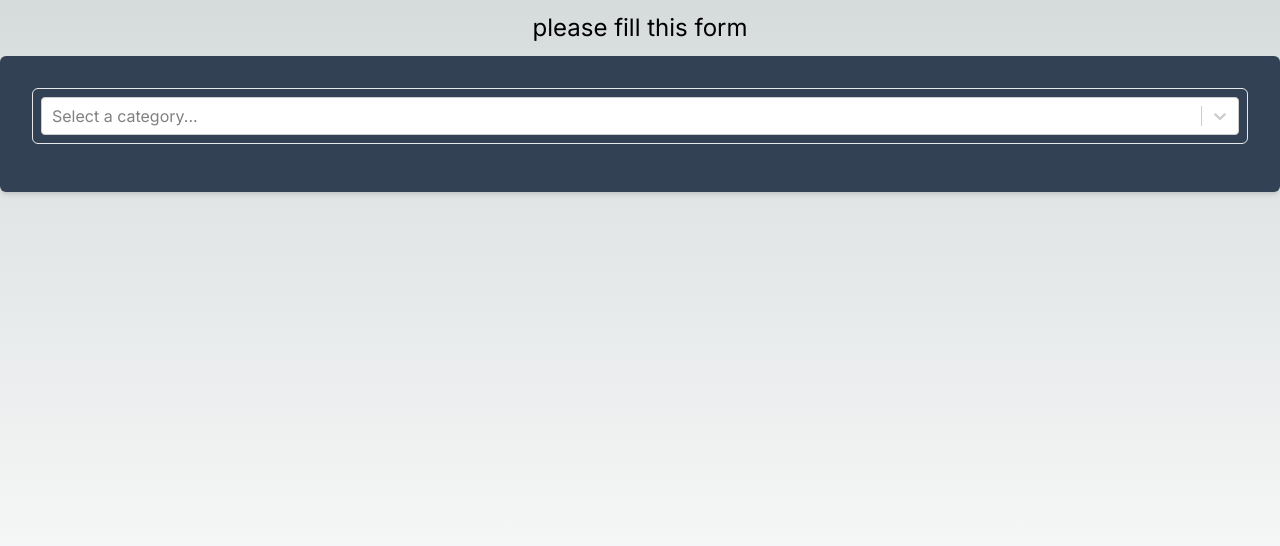
Repository: abdulrahmanmahmood/Mazaady-Portal-Frontend-Task-react-next--1
Page: /
The author's editor kept a copy of each file at every save. The page is drawn from the files as they stood at one save, then again after the next save.
The browser window is 1280 px wide. The pictures show the whole page.
The page's requests for data from a server got no answer. The project was rebuilt for these pictures with package versions that can differ from the ones it lists, and the page was loaded fresh each time. The framework's server and built-in components were replaced by stand-ins that run in the browser. No one was signed in, and anything a server would have sent is missing. Also part of the build but not shown: next.config.mjs.

Above is the page before, as saved 2024-01-29 18:51:46.

### app/page.js
"use client";
import Image from "next/image";
import Select from "react-select";
import { useEffect, useState } from "react";
import MCApis from "./_utils/MCApis";

export default function Home() {
  const [cats, setCats] = useState([]);
  const [selectedCat, setSelectedCat] = useState(null);
  const [selectedCatChildren, setSelectedCatChildren] = useState([]);
  const [selectedChild, setSelectedChild] = useState(null);
  const [selectedProperty, setSelectedProperty] = useState(null);
  const [otherValue, setOtherValue] = useState("");

  useEffect(() => {
    getAllCategories();
  }, []);

  const getAllCategories = () => {
    MCApis.getAllCats().then((res) => {
      setCats(res.data.data.categories);
      console.log(res.data.data.categories);
    });
  };

  const handleChange = (selectedOption) => {
    const selectedCatItem = cats.find((cat) => cat.id === selectedOption.value);

    setSelectedCat(selectedOption);
    setSelectedCatChildren(selectedCatItem?.children || []);
    setSelectedChild(null);
    setSelectedProperty(null);
    setOtherValue("");
  };

  const handleChildChange = (selectedChildOption) => {
    setSelectedChild(selectedChildOption);
    setSelectedProperty(null);
    setOtherValue("");
  };

  const handlePropertyChange = (selectedPropertyOption) => {
    setSelectedProperty(selectedPropertyOption);
    if (selectedPropertyOption?.value !== "other") {
      setOtherValue("");
    }
  };

  return (
    <main className=" h-screen ">
      <h2 className="text-center text-2xl p-3">please fill this form</h2>
      <div className="bg-slate-700 p-8 rounded-md shadow-md w-full ">
        {/* Main Category Dropdown */}
        <Select
          options={cats.map((item) => ({
            value: item?.id,
            label: item?.name,
          }))}
          onChange={handleChange}
          value={selectedCat}
          placeholder="Select a category..."
          className="p-2 border rounded-md focus:outline-none focus:ring focus:border-blue-300 mb-4"
        />

        {/* Children Category Dropdown */}
        {selectedCat && selectedCatChildren.length > 0 && (
          <Select
            options={selectedCatChildren.map((child) => ({
              value: child.id,
              label: child.name,
            }))}
            onChange={handleChildChange}
            value={selectedChild}
            placeholder="Select a sub-category..."
            className="w-full p-2 border rounded-md focus:outline-none focus:ring focus:border-blue-300 mb-4"
          />
        )}

        {/* Property Dropdown */}
        {selectedChild && (
          <Select
            options={(selectedChild?.properties || [])
              .map((property) => ({
                value: property,
                label: property,
              }))
              .concat([{ value: "other", label: "Other" }])}
            onChange={handlePropertyChange}
            value={selectedProperty}
            placeholder="Select a property..."
            className="w-full p-2 border rounded-md focus:outline-none focus:ring focus:border-blue-300 mb-4"
          />
        )}

        {/* Display Selected Category, Children, and Property */}
        {selectedCat && (
          <>
            {selectedProperty && selectedProperty.value === "other" && (
              <input
                type="text"
                value={otherValue}
                onChange={(e) => setOtherValue(e.target.value)}
                placeholder="Enter other value..."
                className="mt-1 w-[250px] rounded-md border-red-600 shadow-sm  p-3"
              />
            )}
            {/* ... (your existing code) */}
          </>
        )}

      </div>
    </main>
  );
}

### app/_utils/MCApis.js
const { default: axiosClient } = require("./axiosClient");

const getAllCats = ()=>axiosClient.get('/get_all_cats?=');

export default {
  getAllCats
}

### app/_utils/axiosClient.js
const { default: axios } = require("axios");


const apiUrl = "https://staging.mazaady.com/api/v1";
const headers = {
  "private-key": "3%o8i}_;3D4bF]G5@22r2)Et1&mLJ4?$@+16"
};

const axiosClient = axios.create({
  baseURL:apiUrl,
  headers:headers

});

export default axiosClient;

Loaded but not shown: app/layout.js (common file); app/globals.css (common file); tailwind.config.js (common file)

After the next save:
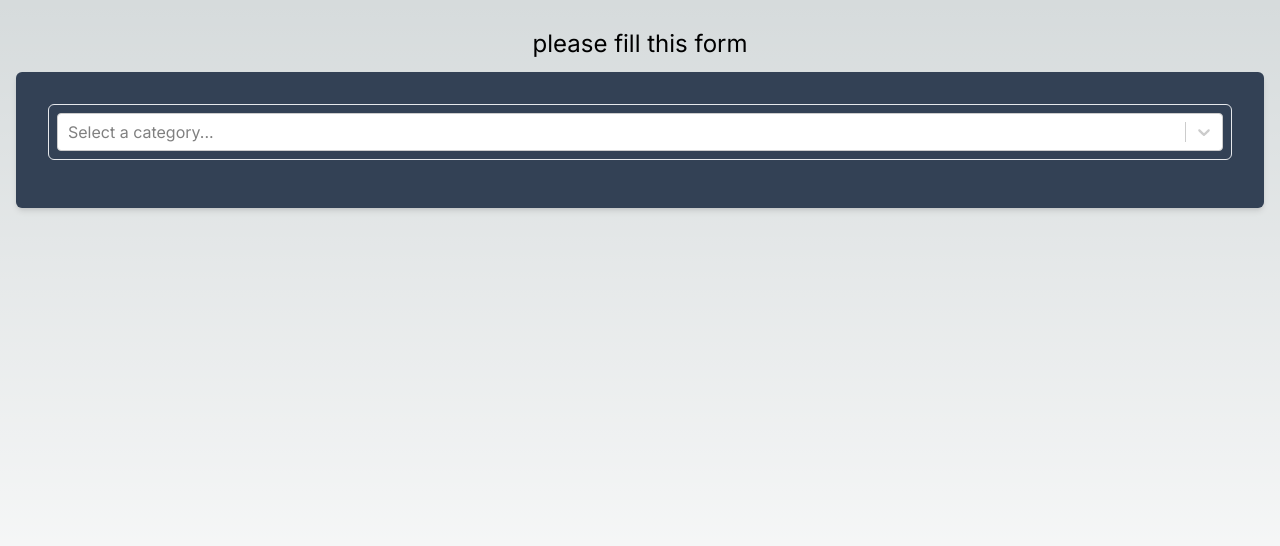
Saved 4 s later.
--- a/app/page.js
+++ b/app/page.js
@@ -47,7 +47,7 @@
   };
 
   return (
-    <main className=" h-screen ">
+    <main className=" h-screen p-4">
       <h2 className="text-center text-2xl p-3">please fill this form</h2>
       <div className="bg-slate-700 p-8 rounded-md shadow-md w-full ">
         {/* Main Category Dropdown */}

After the 2 saves that followed:
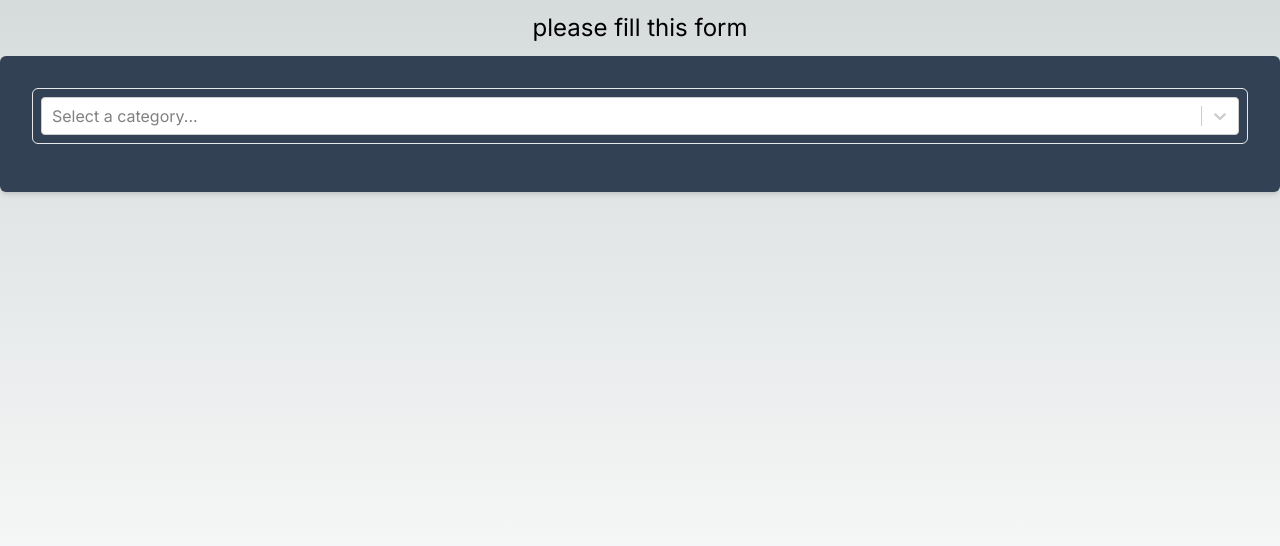
The 2 saves are shown as one change because they came seconds apart.
The last was saved 10 s later.
--- a/app/page.js
+++ b/app/page.js
@@ -47,7 +47,7 @@
   };
 
   return (
-    <main className=" h-screen p-4">
+    <main className=" h-screen items">
       <h2 className="text-center text-2xl p-3">please fill this form</h2>
       <div className="bg-slate-700 p-8 rounded-md shadow-md w-full ">
         {/* Main Category Dropdown */}
